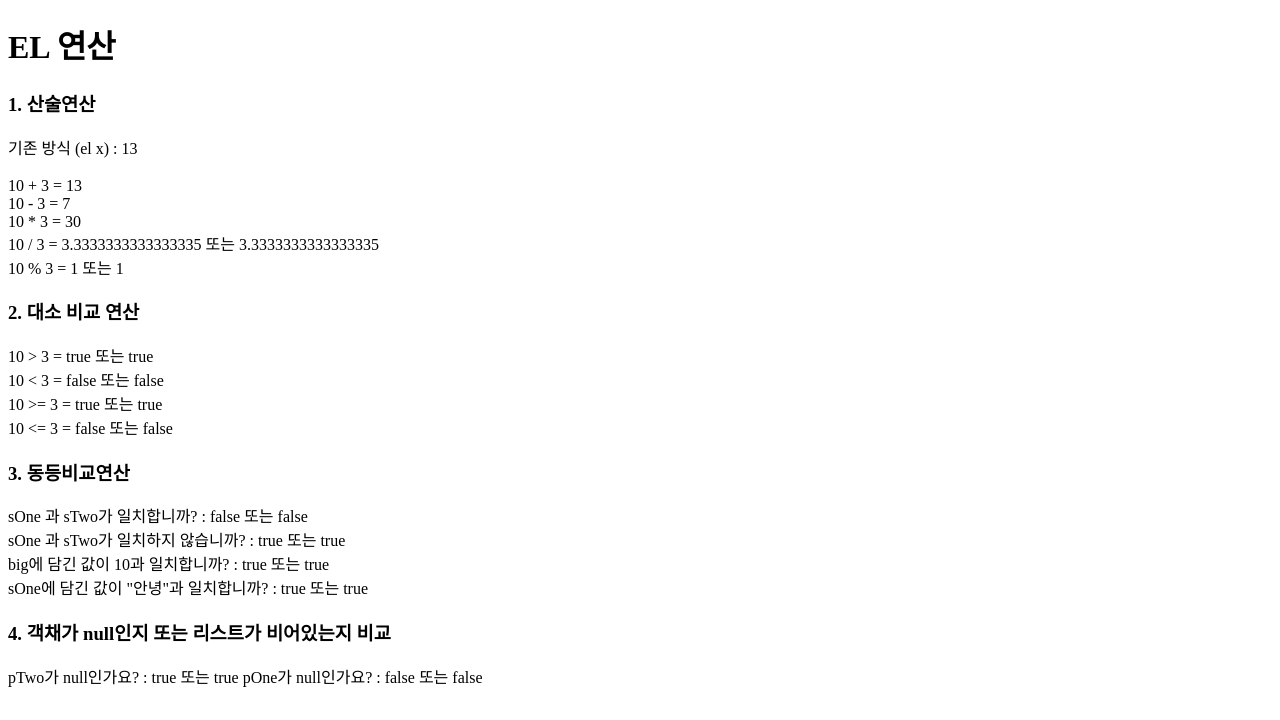
Repository: gimanKr/academyWork
Page: http://localhost/elActionProject/operation.do
The author's editor kept a copy of each file at every save. The page is drawn from the files as they stood at one save, then again after the next save.
The browser window is 1280 px wide. The pictures show the whole page.
The page is served by Tomcat 9.

Above is the page before, as saved 2023-10-26 03:02:59.

After the next save:
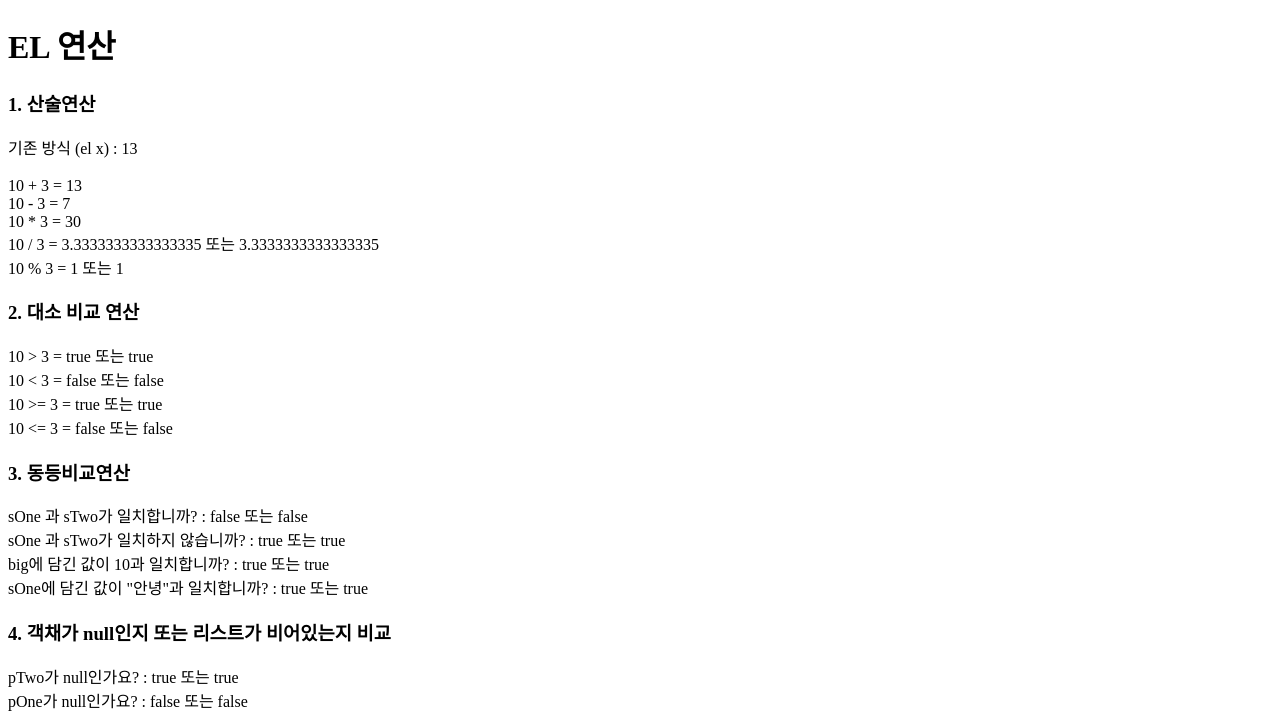
Saved 15 s later.
--- a/elActionProject/src/main/webapp/views/1_EL/02_elOperation.jsp
+++ b/elActionProject/src/main/webapp/views/1_EL/02_elOperation.jsp
@@ -32,8 +32,8 @@
 	<!-- el안에서 문자열 리터럴 제시시 홀따움표든 쌍따움표든 가리지 않음 -->
 
 	<h3>4. 객채가 null인지 또는 리스트가 비어있는지 비교</h3>
-	pTwo가 null인가요? : ${pTwo == null} 또는 ${empty pTwo}
-	pOne가 null인가요? : ${pOne == null} 또는 ${empty pOne}
+	pTwo가 null인가요? : ${pTwo == null} 또는 ${empty pTwo} <br>
+	pOne가 null인가요? : ${pOne == null} 또는 ${empty pOne} <br>
 
 
 </body>
